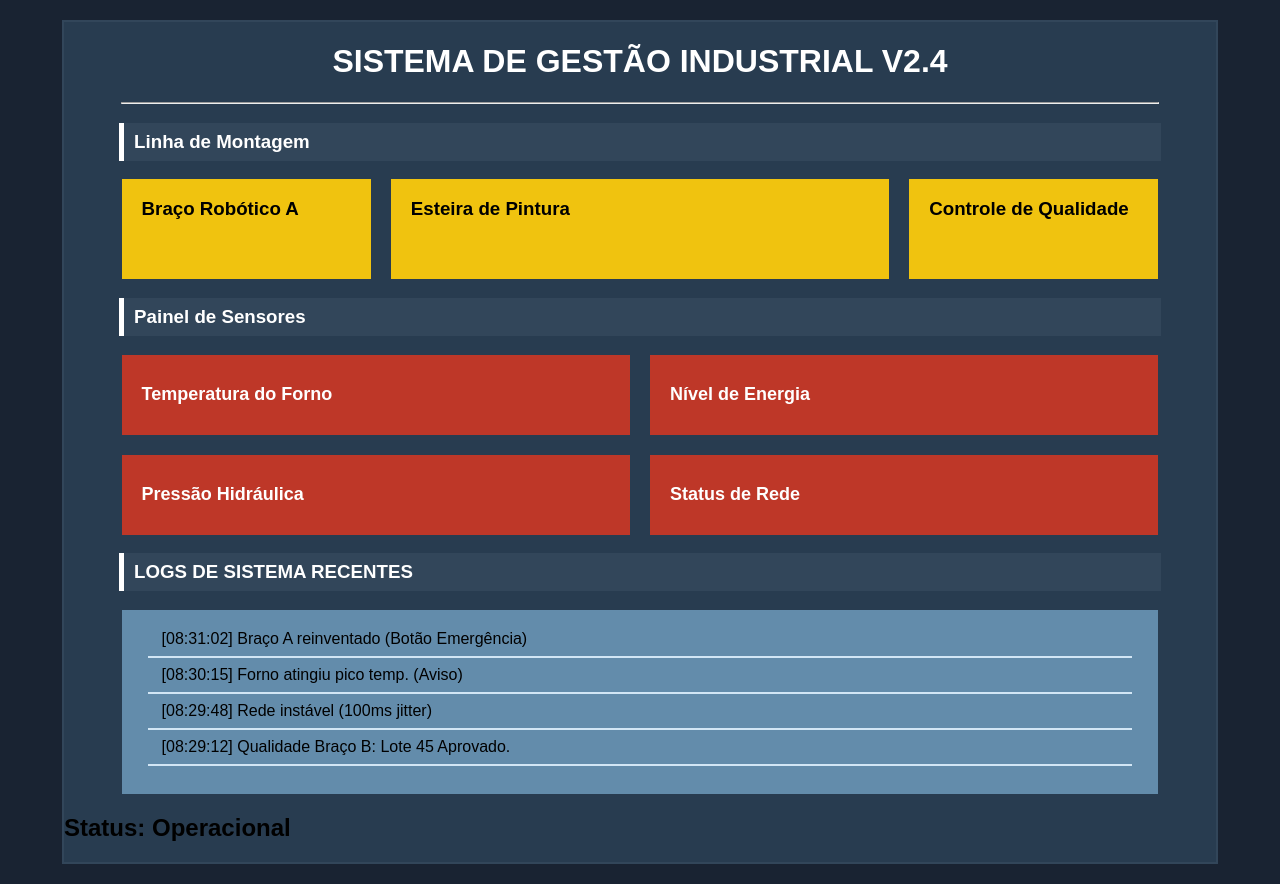
Repository: DanielEDapper/Front-WEG
Page: ProfeIgor/Aula5 - Dashboard Industrial/index.html
The author's editor kept a copy of each file at every save. The page is drawn from the files as they stood at one save, then again after a run of saves.
The browser window is 1280 px wide. The pictures show the whole page.
Some icons come from a web library that is not loaded, so they are not drawn.

Above is the page before, as saved 2026-05-29 20:07:58.

After the next 4 saves:
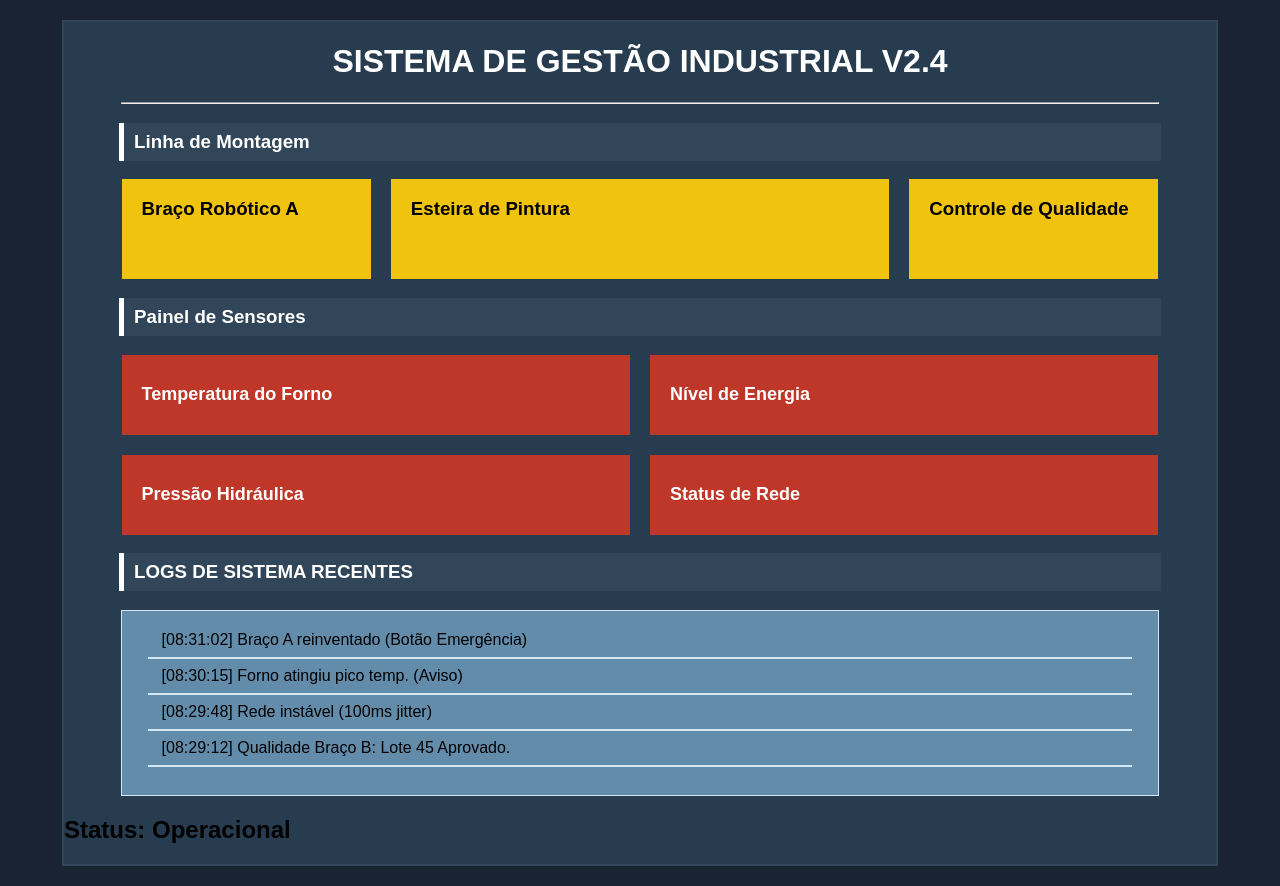
The 4 saves are shown as one change because they came seconds apart.
The last was saved 10 s later.
--- a/ProfeIgor/Aula5 - Dashboard Industrial/style.css
+++ b/ProfeIgor/Aula5 - Dashboard Industrial/style.css
@@ -126,7 +126,7 @@ hr{
     width: 90%;
     justify-self: center;
     padding: 20px 0px;
-    border: 1px ;
+    border: 1px solid var(--log-bg);
 }
 
 .container-logs p {
